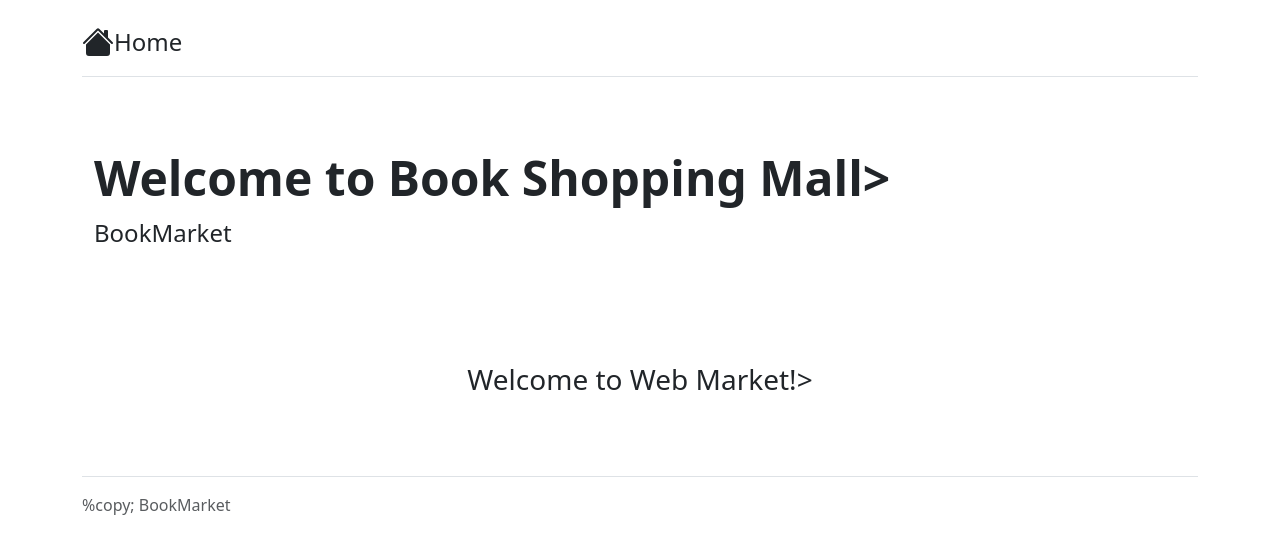
Repository: sanghyunlee7680/JSP-practice
Page: http://localhost/bookmarket/
The author's editor kept a copy of each file at every save. The page is drawn from the files as they stood at one save, then again after the next save.
The browser window is 1280 px wide. The pictures show the whole page.
The page is served by Tomcat 10.

Above is the page before, as saved 2024-10-08 02:33:36.

After the next save:
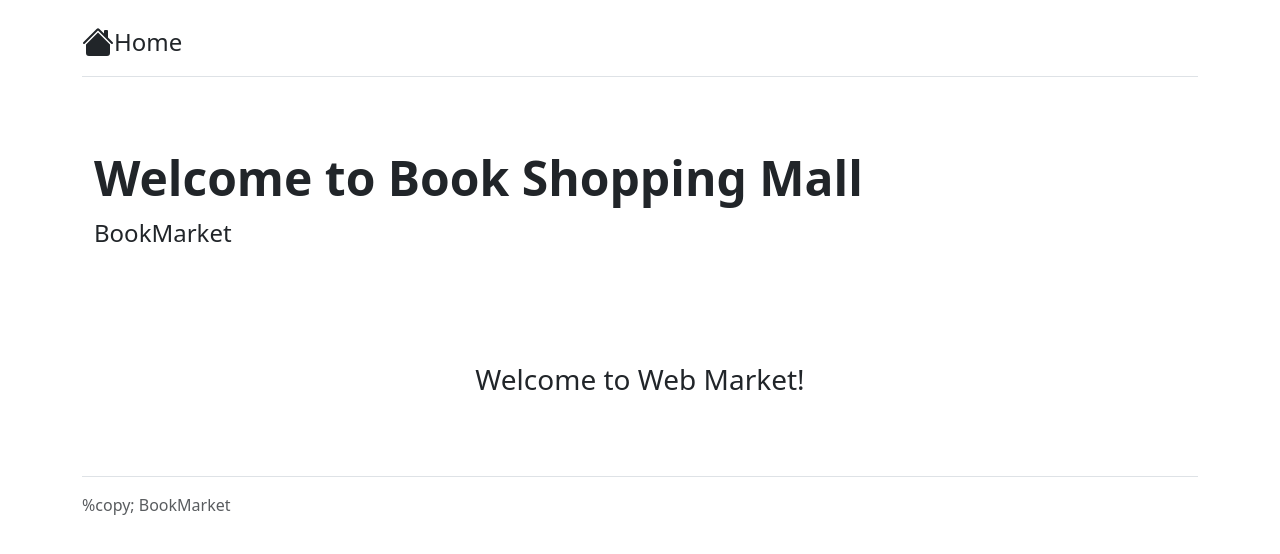
Saved 118 s later.
--- a/bookmarket/src/main/webapp/welcome.jsp
+++ b/bookmarket/src/main/webapp/welcome.jsp
@@ -23,13 +23,13 @@
 		String tagline = "Welcome to Web Market!";
 		%>
 		<div class="container-fluid py-5">
-			<h1 class="display-5 fw-bold"><%=greeting  %>></h1>
+			<h1 class="display-5 fw-bold"><%=greeting  %></h1>
 			<p class="col-md-8 fs-4">BookMarket</p>
 		</div>
 		<div class="row align-items-md-stretch text-center">
 			<div class="col-md-12">
 				<div class="h-100 p-5">
-					<h3><%=tagline  %>></h3>
+					<h3><%=tagline  %></h3>
 				</div>
 			</div>
 		</div>
